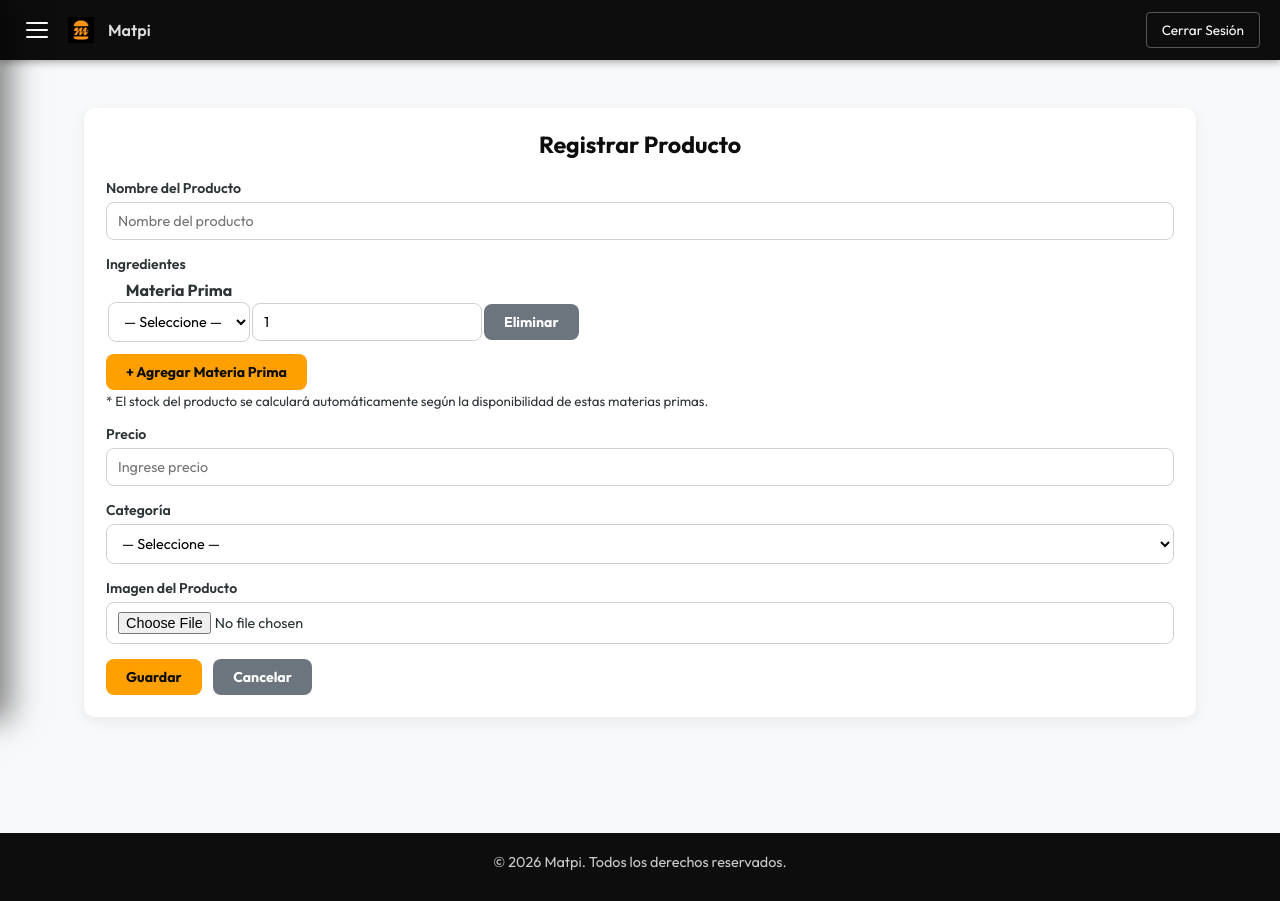
Repository: JuanFelipeNieto/MATPI-Python
Page: MATPI/productos/templates/productos/registrar.html
These files come from the project's save history. The page is drawn as it stood at one moment and after the next save; the edit follows.
The browser window is 1280 px wide. The pictures show the whole page.
The template is drawn by Django 5.2. The application's start-up code is not run. The template is opened directly, without the code that normally fills it, so the values that code supplies are empty.

Above is the page before, as saved 2026-03-17 18:49:26.

After the next save:
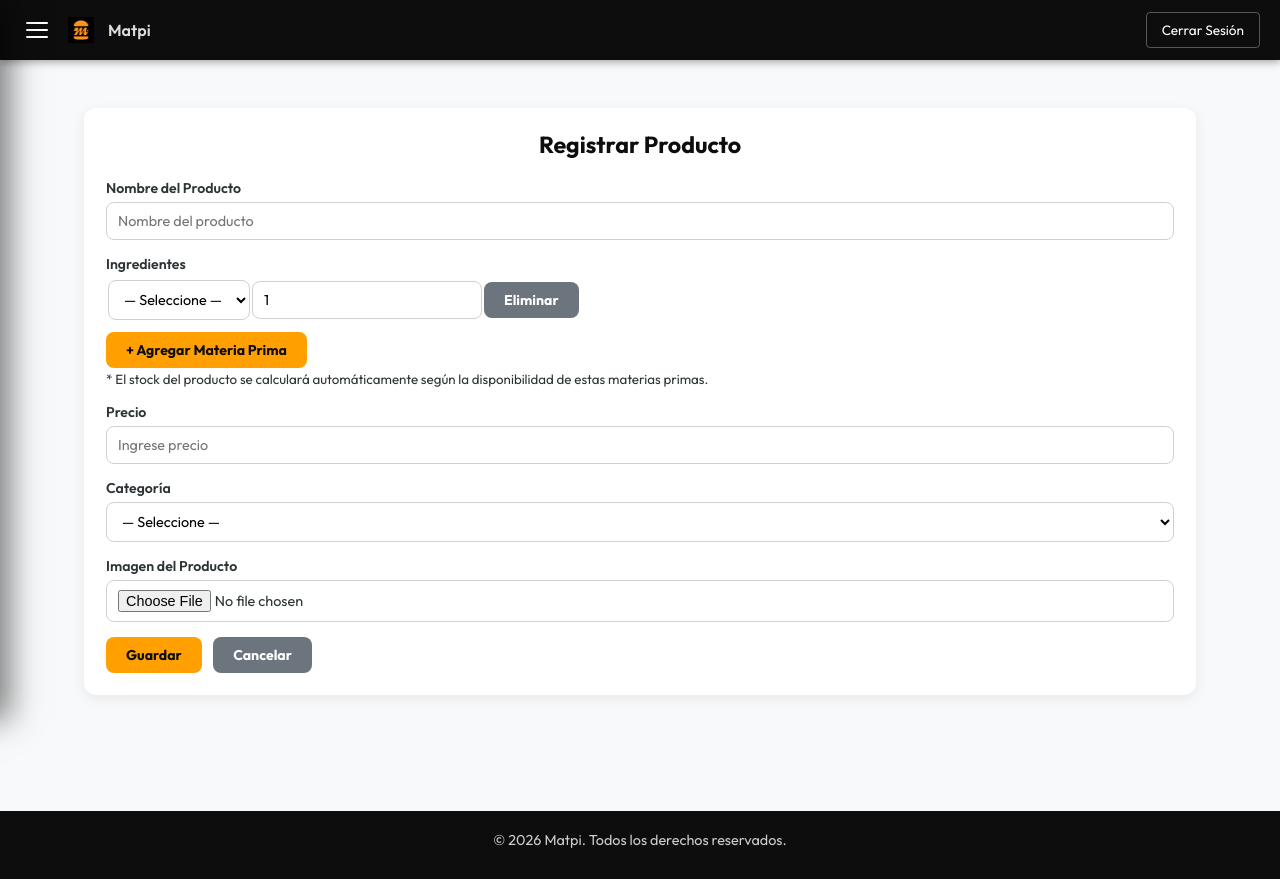
Saved 11 s later.
--- a/MATPI/productos/templates/productos/registrar.html
+++ b/MATPI/productos/templates/productos/registrar.html
@@ -21,9 +21,7 @@
             <div class="table-container">
                 <table class="table" id="tabla-composicion">
                     <thead>
-                        <tr>
-                            <th>Materia Prima</th>
-                        </tr>
+
                     </thead>
                     <tbody id="body-composicion">
                         <tr class="fila-materia">
